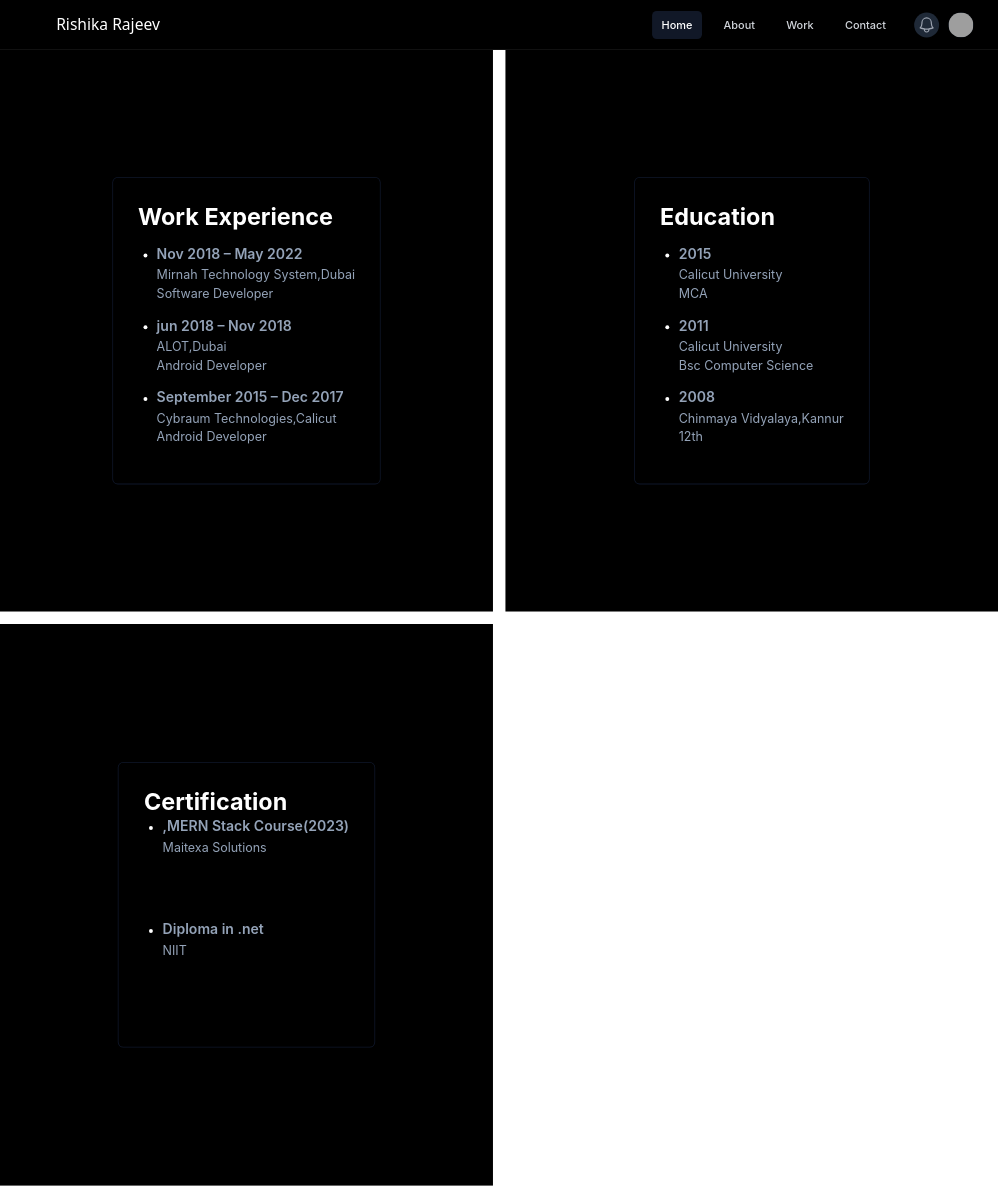
Repository: rishikarajeev/portfolio_rishika
Page: /about
The author's editor kept a copy of each file at every save. The page is drawn from the files as they stood at one save, then again after a run of saves.
The browser window is 1280 px wide. The pictures show the whole page, at 78% of full size.
Pictures or frames that could not be fetched are drawn as grey boxes. The project was rebuilt for these pictures with package versions that can differ from the ones it lists, and the page was loaded fresh each time. Also part of the build but not shown: src/Pages/Home.jsx, src/Pages/Contact.jsx, src/Components/Work.jsx, src/Components/Project.jsx, src/Pages/Mywork.jsx.

Above is the page before, as saved 2023-10-23 18:54:53.

### src/Components/Nav/Nav.jsx
import React from 'react'

function Nav() {
  return (
    <div><nav class="dark:bg-black">
    <div class="mx-auto max-w-7xl px-2 sm:px-6 lg:px-8">
      <div class="relative flex h-16 items-center justify-between">
      <div class="absolute inset-y-0 left-7 flex items-center ">

      <a href="#" class=" text-white  px-3 py-2 text-xl font-medium font-sans" aria-current="page">Rishika Rajeev</a>
        </div>
        <div class="absolute inset-y-0 left-0 flex items-center sm:hidden">

          <button type="button" class="relative inline-flex items-center justify-center rounded-md p-2 text-gray-400 hover:bg-gray-700 hover:text-white focus:outline-none focus:ring-2 focus:ring-inset focus:ring-white" aria-controls="mobile-menu" aria-expanded="false">
            <span class="absolute -inset-0.5"></span>
            <span class="sr-only">Open main menu</span>

            <svg class="block h-6 w-6" fill="none" viewBox="0 0 24 24" stroke-width="1.5" stroke="currentColor" aria-hidden="true">
              <path stroke-linecap="round" stroke-linejoin="round" d="M3.75 6.75h16.5M3.75 12h16.5m-16.5 5.25h16.5" />
            </svg>

            <svg class="hidden h-6 w-6" fill="none" viewBox="0 0 24 24" stroke-width="1.5" stroke="currentColor" aria-hidden="true">
              <path stroke-linecap="round" stroke-linejoin="round" d="M6 18L18 6M6 6l12 12" />
            </svg>
          </button>
        </div>
        <div class="flex flex-1 items-center justify-end sm:items-stretch sm:justify-end">
          {/* <div class="flex flex-shrink-0 items-center">
            <img class="h-8 w-auto" src="https://tailwindui.com/img/logos/mark.svg?color=indigo&shade=500" alt="Your Company"/>
          </div> */}
          <div class="hidden sm:ml-6 sm:block ">
            <div class="flex space-x-4 ">

              <a href="/" class="bg-gray-900 text-white rounded-md px-3 py-2 text-sm font-medium" >Home</a>
              <a href="/about" class="text-gray-300 hover:bg-gray-700 hover:text-white rounded-md px-3 py-2 text-sm font-medium">About</a>
              <a href="/work" class="text-gray-300 hover:bg-gray-700 hover:text-white rounded-md px-3 py-2 text-sm font-medium">Work</a>
              <a href="/contact" class="text-gray-300 hover:bg-gray-700 hover:text-white rounded-md px-3 py-2 text-sm font-medium">Contact</a>
            </div>
          </div>
        </div>
        <div class="absolute inset-y-0 right-0 flex items-center pr-2 sm:static sm:inset-auto sm:ml-6 sm:pr-0">
          <button type="button" class="relative rounded-full bg-gray-800 p-1 text-gray-400 hover:text-white focus:outline-none focus:ring-2 focus:ring-white focus:ring-offset-2 focus:ring-offset-gray-800">
            <span class="absolute -inset-1.5"></span>
            <span class="sr-only">View notifications</span>
            <svg class="h-6 w-6" fill="none" viewBox="0 0 24 24" stroke-width="1.5" stroke="currentColor" aria-hidden="true">
              <path stroke-linecap="round" stroke-linejoin="round" d="M14.857 17.082a23.848 23.848 0 005.454-1.31A8.967 8.967 0 0118 9.75v-.7V9A6 6 0 006 9v.75a8.967 8.967 0 01-2.312 6.022c1.733.64 3.56 1.085 5.455 1.31m5.714 0a24.255 24.255 0 01-5.714 0m5.714 0a3 3 0 11-5.714 0" />
            </svg>
          </button>


          <div class="relative ml-3">
            <div>
              <button type="button" class="relative flex rounded-full bg-gray-800 text-sm focus:outline-none focus:ring-2 focus:ring-white focus:ring-offset-2 focus:ring-offset-gray-800" id="user-menu-button" aria-expanded="false" aria-haspopup="true">
                <span class="absolute -inset-1.5"></span>
                <span class="sr-only">Open user menu</span>
                <img class="h-8 w-8 rounded-full" src="../../Images/WhatsApp Image 2023-10-03 at 11.58.19 AM.jpeg" alt=""/>
              </button>
            </div>

          </div>
        </div>
      </div>
    </div>


    <div class="sm:hidden" id="mobile-menu">
      <div class="space-y-1 px-2 pb-3 pt-2">

        <a href="/" class="bg-gray-900 text-white block rounded-md px-3 py-2 text-base font-medium" aria-current="page">Home</a>
        <a href="/about" class="text-gray-300 hover:bg-gray-700 hover:text-white block rounded-md px-3 py-2 text-base font-medium">About</a>
        <a href="/work" class="text-gray-300 hover:bg-gray-700 hover:text-white block rounded-md px-3 py-2 text-base font-medium">Work</a>
        <a href="/contact" class="text-gray-300 hover:bg-gray-700 hover:text-white block rounded-md px-3 py-2 text-base font-medium">Contact</a>
      </div>
    </div>
  </nav>
  </div>
  )
}

export default Nav

### src/Pages/About.jsx

import React from 'react';
import Nav from '../Components/Nav/Nav';


const AboutPage = () => {

  const experiences = [
    { year: 'Nov 2018 – May 2022', company: 'Mirnah Technology System,Dubai', designation: 'Software Developer' },
    { year: 'jun 2018 – Nov 2018', company: 'ALOT,Dubai', designation: 'Android Developer' },
    { year: 'September 2015 – Dec 2017', company: 'Cybraum Technologies,Calicut', designation: 'Android Developer' },
    // Add more experiences as needed
  ];
  const education_experiences = [
    { year: '2015', College: 'Calicut University',  degree: 'MCA' },
    { year: '2011', College: 'Calicut University', degree: 'Bsc Computer Science' },
    { year: '2008', College: 'Chinmaya Vidyalaya,Kannur', degree: '12th' },
    // Add more experiences as needed
  ];
  const certification = [
    {  Institute: 'Maitexa Solutions', course: ',MERN Stack Course(2023)' },
    {  Institute: 'NIIT',  course: 'Diploma in .net' },
    // Add more experiences as needed
  ];
  return (
    <div class="dark dark:bg-black ">
      <Nav/>
      <div class="">
        <div class="grid grid-cols-3 md:grid-cols-2 gap-4">
          <div className=''>
          <div className="dark:dark:bg-black min-h-screen flex items-center justify-center">
      <div className="max-w-2xl p-8 bg-black  text-white shadow-md rounded-md ring-1 ring-slate-900 ">
        <h1 className="text-3xl font-bold text-white mb-4">Work Experience</h1>
        <ul className="list-disc pl-6">
          {experiences.map((experience, index) => (
            <li key={index} className="mb-4">
              <div className="text-lg  dark:text-slate-400 font-semibold">{experience.year}</div>
              <div className="text-gray-700  dark:text-slate-400">{experience.company}</div>
              <div className="text-gray-600  dark:text-slate-400">{experience.designation}</div>
            </li>
          ))}
        </ul>
      </div>
      </div>

          </div>


          <div className=''>
      <div className="dark:dark:bg-black min-h-screen flex items-center justify-center">
      <div className="max-w-2xl p-8 bg-black  text-white shadow-md rounded-md ring-1 ring-slate-900 ">
        <h1 className="text-3xl font-bold text-white mb-4 ">Education</h1>
        <ul className="list-disc pl-6">
          {education_experiences.map((experience, index) => (
            <li key={index} className="mb-4">
              <div className="text-lg  dark:text-slate-400 font-semibold">{experience.year}</div>
              <div className="text-gray-700  dark:text-slate-400">{experience.College}</div>
              <div className="text-gray-600  dark:text-slate-400">{experience.degree}</div>
            </li>
          ))}
        </ul>
      </div>
      </div>
      </div>
      <div className=''>
          <div className="dark:dark:bg-black min-h-screen flex items-center justify-center">
      <div className="max-w-2xl p-8 bg-black  text-white shadow-md rounded-md ring-1 ring-slate-900 ">
        <h1 className="text-3xl font-bold text-white gap4">Certification</h1>
        <ul className="list-disc pl-6">
          {certification.map((certification, index) => (
            <li key={index} className="mb-2">
              <div className="text-lg  dark:text-slate-400 font-semibold">{certification.course}</div>
              <div className="text-gray-700  dark:text-slate-400">{certification.Institute}</div>
              <div className="text-black">sss</div>
              <div className="text-black">ss</div>
              <div className="text-black">sss</div>

            </li>
          ))}
        </ul>
      </div>
      </div>

          </div>
      </div>
      </div>

</div>
  );
};

export default AboutPage;

### tailwind.config.js
/** @type {import('tailwindcss').Config} */
module.exports = {
  content: ["./src/**/*.{html,js,jsx}"],
  theme: {
    extend: {},
  },
  darkMode: 'class',
  plugins: [],
}

Loaded but not shown: public/index.html (common file); src/index.js (common file); src/index.css (common file); src/App.js (common file); src/reportWebVitals.js (common file); src/App.css (common file)

After the next 2 saves:
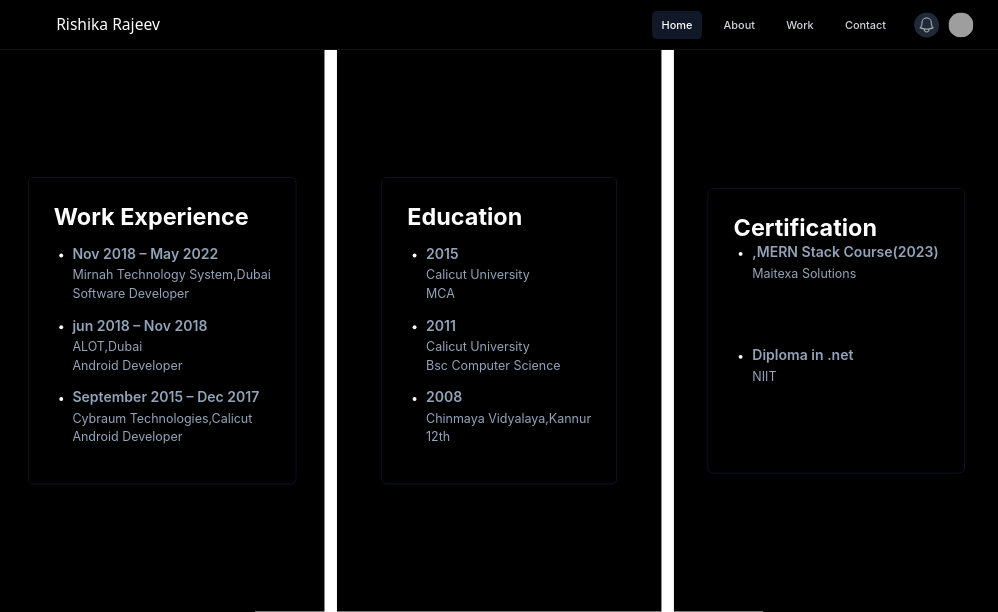
The 2 saves are shown as one change because they came seconds apart.
The last was saved 6 s later.
--- a/src/Pages/About.jsx
+++ b/src/Pages/About.jsx
@@ -26,7 +26,7 @@ const AboutPage = () => {
     <div class="dark dark:bg-black ">
       <Nav/>
       <div class="">
-        <div class="grid grid-cols-3 md:grid-cols-2 gap-4">
+        <div class="grid grid-cols-3 md:grid-cols-3 gap-4">
           <div className=''>
           <div className="dark:dark:bg-black min-h-screen flex items-center justify-center">
       <div className="max-w-2xl p-8 bg-black  text-white shadow-md rounded-md ring-1 ring-slate-900 ">
